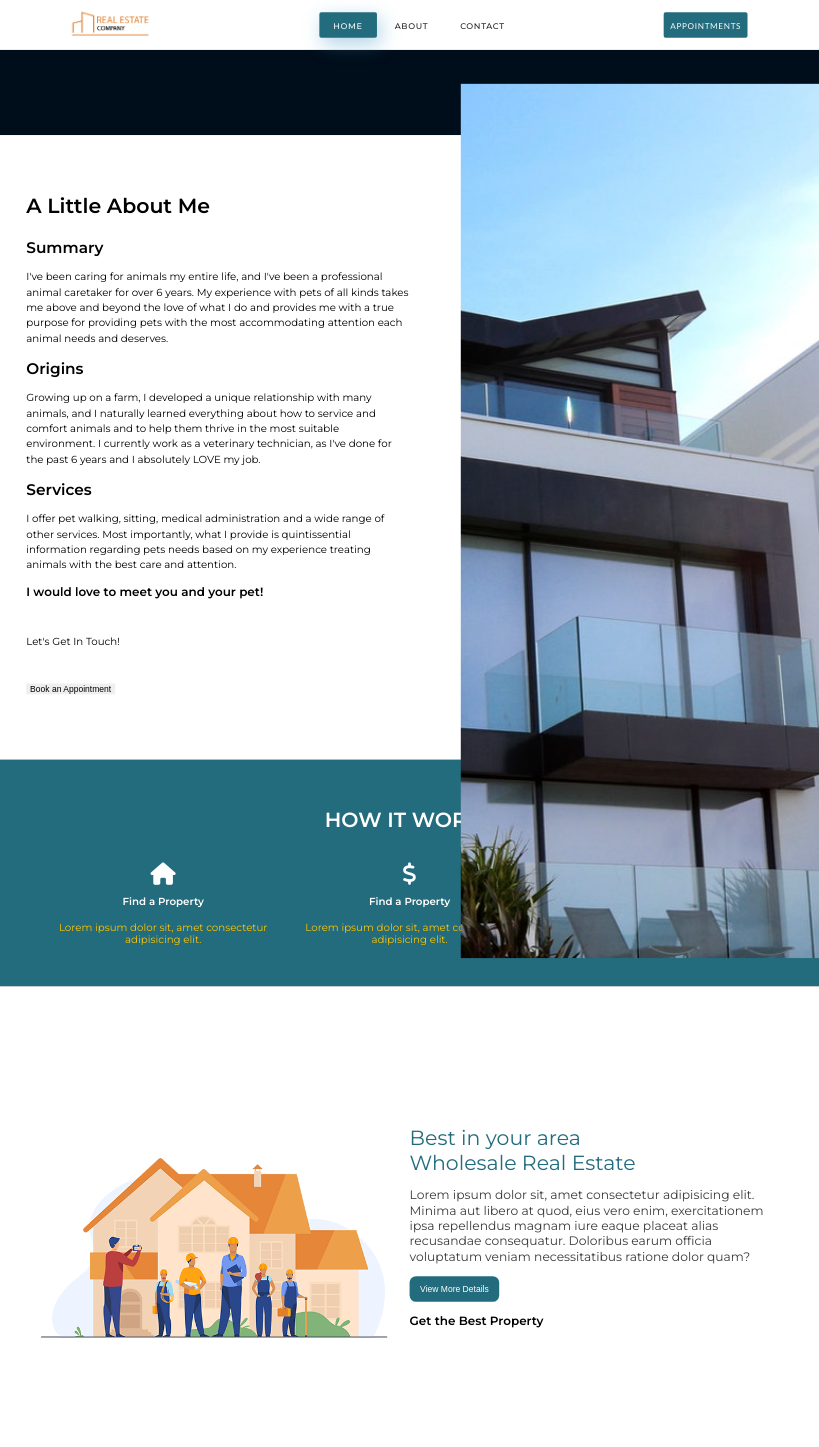
Repository: gabe126679/Mikes-site
Page: /about
These files come from the project's save history. The page is drawn as it stood at one moment and after the next save; the edit follows.
The browser window is 1280 px wide. The pictures show the whole page, at 64% of full size.
Some web libraries are served in a nearby version. The project was rebuilt for these pictures with package versions that can differ from the ones it lists, and the page was loaded fresh each time. Also part of the build but not shown: src/components/Header.jsx, src/components/Contact.jsx, src/components/Agentbox.jsx, src/components/Agent.jsx, src/components/Bproperty.jsx, src/components/Item.js, src/components/CarouselItem.jsx, src/components/Properties.jsx and 1 more.

Above is the page before, as saved 2022-04-19 14:20:55.

### public/index.html
<!DOCTYPE html>
<html lang="en">
  <head>
    <meta charset="utf-8" />
    <link rel="icon" href="%PUBLIC_URL%/favicon.ico" />
    <meta name="viewport" content="width=device-width, initial-scale=1" />
    <meta name="theme-color" content="#000000" />
    <meta
      name="description"
      content="Web site created using create-react-app"
    />
    <link rel="apple-touch-icon" href="%PUBLIC_URL%/logo192.png" />

    <link rel="manifest" href="%PUBLIC_URL%/manifest.json" />
    <script src="https://kit.fontawesome.com/95dc93da07.js"></script>
    <title>Mike's Homes</title>
  </head>
  <body>
    <noscript>You need to enable JavaScript to run this app.</noscript>
    <div id="root"></div>

  </body>
</html>

### src/index.js
import React from 'react';
import ReactDOM from 'react-dom/client';
import './index.css';
import App from './App';
// import About from './components/About';
// import {
//   BrowserRouter,
//   Routes,
//   Route,
// } from "react-router-dom";

const root = ReactDOM.createRoot(document.getElementById('root'));
root.render(
//   <BrowserRouter>
//     <Routes>
//       <Route path="/" element={<App />}>
//       <Route path="homes" element={<About />} />
//         {/* <Route path="teams" element={<Teams />}>
//             <Route path=":teamId" element={<Team />} />
//             <Route path="new" element={<NewTeamForm />} />
//             <Route index element={<LeagueStandings />} />
//         </Route> */}
//       </Route>
//     </Routes>
//   </BrowserRouter>,
<App />,

);

### src/index.css
@import url('https://fonts.googleapis.com/css2?family=Montserrat:wght@300;400;500;600&display=swap');

/***fontawesome <script src="https://kit.fontawesome.com/95dc93da07.js"></script> *********/



body{
    margin:0px;
    padding: 0px;

    background-color: #ffffff;
    font-family: 'Montserrat', sans-serif;
}
*{
    box-sizing: border-box;
}
ul{
    list-style: none;
}
a{
    text-decoration: none;
}
button{
    outline: none;
    border: none;
}
input{
    outline: none;
    border: none;
}

.logo img{
    width: 120px;
}
.header{

    width:100%;
    height:768px;
    position: relative;
    background-repeat: no-repeat;
    background-size: cover;
    background-image: url("./images/header-bg.png");
}
nav{
	display: flex;
	justify-content: space-around;
	align-items: center;
	left: 0;
	top: 0;
	width:100%;
	z-index: 1;
	background-color: #FFFFFF;
}
nav ul{
	display: flex;
}
.active{
    background-color: #236c7e;
    color:rgb(255, 255, 255);
	box-shadow: 5px 10px 30px rgba(64, 149, 198, 0.411);
	transition: all ease 0.2s;
}
nav ul li a{
	height:40px;
	line-height: 43px;
	margin: 3px;
	padding: 0px 22px;
	display: flex;
	font-size: 0.8rem;
	text-transform: uppercase;
	font-weight: 500;
	color:#242424;
    letter-spacing: 1px;
    border-radius: 3px;
    transition: 0.2s ease-in-out;
}
.property{
    font-family: calibri;
	height:40px;
	line-height: 43px;
	padding: 0px 10px;
	display: flex;
	font-size: 0.8rem;
	text-transform: uppercase;
	font-weight: 500;
	color:#ffffff;
    letter-spacing: 1px;
    border-radius: 3px;
    transition: 0.2s ease-in-out;
    background-color: #236c7e;
}
nav ul li a:hover{
	background-color: #064757;
    color:#FFFFFF;
	box-shadow: 5px 10px 30px rgba(64, 149, 198, 0.411);
	transition: all ease 0.2s;
}
nav .menu-btn,
.menu-icon{
		display:none;
	}
.intro{
	font-family: 'Montserrat';
	width: 500px;
	position: absolute;
	left: 16%;
	top: 50%;
	transform: translate(-20%,-50%);
}
.intro span{
    color: #fc9700;
}
.intro .details{
    color: #1e4f5c;
}
.intro h1{
	font-family:'Montserrat';
	font-size: 46px;
	margin:0px;
	letter-spacing: 3px;
	color:#236c7e;
}
.intro p{
    color: #064757; font-weight: 500;
}
.header-btn{
	width:110px;
	height: 40px;
	display: flex;
	justify-content: center;
    align-items: center;
    background-color: #236c7e;
    box-shadow: 5px 10px 30px rgba(2, 82, 255, 0.137);
    border-radius: 10px;
	color:#ffffff;
}
.header-btn:hover{
	background-color: #04afda;
    transition: all ease 0.5s;
    color: #ffffff;
    box-shadow: 5px 0px 30px rgba(2, 154, 255, 0.39);
}
.container {
    max-width: 1140px;
    margin: 0 auto;
    padding: 0 20px;
}

.flex {
    display: flex;
    justify-content: space-between;
}
.how-it-works {
    padding: 3rem 0;
    background: #236c7e;
    text-align: center;
}

.how-it-works h2 {
    margin-bottom: 3rem;
    font-size: 2rem;
    font-family: 'Montserrat';
    color: #ffffff;
    font-weight: 600;
    text-transform: uppercase;
}

.how-it-works .flex > div {
    width: 30%;
}

.how-it-works h4 {
    color: #ffffff;
    margin-top: 1rem;
}
.how-it-works p{
    color: rgb(255, 196, 0);
}

.how-it-works span.fas {
    color: #ffffff;
    font-size: 35px;
}
  .about{
	width:100%;
	height: 100vh;
	background-color:#ffffff;
	box-sizing: border-box;
	display: flex;
	align-items: center;
	justify-content: space-between;
	padding: 50px 5% 0px 5%;
	position: relative;
}
.about-text{
	width: 50%;
}
.about-text h2{
	font-size: 2rem;
	color:#236c7e;
	font-weight: 400;
}
.about-text h2{
	margin: 0px;
	padding: 0px;
}
.about-text p{
	font-size: 1.2rem;
	color:#3a3a3a;

}
.about-text button{
	width: 140px;
	height: 40px;
	border-radius: 10px;
	border: none;
    outline: none;
    color: #ffffff;
	background-color:#236c7e;
}
.about-text button:hover{
	background-color: #04afda;
    transition: all ease 0.3s;
    color: #ffffff;
    box-shadow: 5px 0px 30px rgba(2, 154, 255, 0.39);
}
.about-model img{
    height: 400px;
}

.agent{
    width:100%;
    height:110vh;
    box-sizing: border-box;
    font-family: calibri;
    display: flex;
    flex-direction: column;
    align-items: center;
    justify-content: center;
    padding-top: 40px ;
    background: #236c7e;
}

.a-heading h1{
    color:#ffffff;
    font-size: 3rem;
    margin: 0px;
    padding: 0px;

}
.a-heading p{
    color:rgb(238, 238, 238);
    font-size: 1rem;
    margin: 0px;
    padding: 0px;
}
.a-heading{
    text-align: center;
    margin: 20px 0px;
}
.a-box{
    background-color: #ffffff;
    width:350px;
    height: 500px;
    margin: 20px;
    border-radius: 10px;
    overflow: hidden;
    box-shadow: 2px 2px 12px rgba(0,0,0,0.1);
    position: relative;
}
.b-container{
    display: flex;
    justify-content: center;
    align-content: center;
    width: 100%;

}
.a-b-img{
    width: 100%;
    height: 70%;

}
.a-b-img img{
    width:100%;
    height: 100%;
    object-fit: contain;
}
.a-b-text{
    width: 100%;
    height: 30%;
    background-color:#ffffff;
    display:flex;
    justify-content: center;
    align-items: center;
    text-align: center;
    flex-direction: column;
}
.a-box:hover{
    transform:translateY(-10px);
    transition: all ease 0.3s;

}
.agent-btn{
	width:110px;
	height: 40px;
	display: flex;
	justify-content: center;
    align-items: center;
    background-color: #236c7e;
    box-shadow: 5px 10px 30px rgba(2, 82, 255, 0.137);
    border-radius: 10px;
	color:#ffffff;
}
.agent-btn:hover{
	background-color: #04afda;
    transition: all ease 0.5s;
    color: #ffffff;
    box-shadow: 5px 0px 30px rgba(2, 154, 255, 0.39);
}

.product{
	width: 100%;
	background-color: #FFFFFF;
	display: flex;
	height: 760px;
	flex-direction: column;
	align-items: center;
	padding:40px 20px;
	position: relative;
	border-radius: 10px;
	margin-top: 70px;
}


.p-heading{

	margin:20px;
	text-shadow: 2px 2px 10px rgba(0,0,0,0.05);
}
.p-heading h3{
	font-weight: 600;
	letter-spacing: 2px;
	text-align: center;
	font-size:2.5rem;
	color:#323543;

}
.p-heading h3 font{
	color:#303030;
}
.product-container{
	display: flex;
	justify-content: center;
	align-items: center;
	flex-wrap: wrap;
	margin: 10px 0px;
	width:100%;
}
.p-box{
	width:350px;
	height: 420px;
	display: flex;
	justify-content: center;
	align-items: center;
	flex-direction: column;
	border-radius: 12px;
	position: relative;
	margin: 20px 30px;
    background-color: rgb(255, 255, 255);
    box-shadow: 2px 2px 30px rgba(0,0,0,0.1);
}
.p-box img{
	height:150px;
}
.p-box p{
	color:#4d4d4d70;
	font-family: myriad pro;
	font-size: 0.9rem;
	letter-spacing: 0.5;
}
.price-container {
  display: flex;
  align-items: center;
  justify-content: center;
}
.price{
	color:#2c2c2c;
	font-family: poppins;
	font-size: 1rem;
  position: relative;
  bottom: 120px;
  width: 100%;
  height: 100px;
  text-align: center;
}
.container-reviews {
  display: flex;
  align-items: center;
  height: 100%;
  position: relative;
  top: -70px;
}
.buy-btn{
	position: absolute;
	width:140px;
	height: 60px;
	display: flex;
	justify-content: center;
	align-items: center;
	font-family:calibri;
	left: 50%;
	bottom: 20px;
	transform: translateX(-50%);
	border-radius: 15% 15% 15% 15% / 50% 50% 50% 50%;
	background:linear-gradient(120deg,#064757 20%,#04afda);
	color:#FFFFFF;
	display: none;
	animation: fade 0.2s;
}
.p-box:hover .buy-btn{
	display: flex;
}
.p-box:hover{
	box-shadow: 2px 2px 30px rgba(0, 0, 0, 0.233);
	background-color:#FFFFFF;
}
.p-box:hover .price{
	color:#04afda;
	transition: all ease 0.2s;
}

@keyframes fade{
	0%{
		opacity: 0;
	}
	100%{
		opacity: 1;
	}
}
.contact{
    background-color: #236c7e;
	display:flex;
	flex-direction: column;
	justify-content: center;
	align-items: center;
    margin:8px 3px;
    margin-top: 1000px;
    padding: 30px 0px;
  overflow: hidden;
}
.contact h3{
	font-size:2.5rem;
    margin:20px;
    color: #ffffff;
}
.contact-input{
	width:350px;
	height:50px;
	background-color:#FFFFFF;
	display:flex;
	justify-content: center;
	border-radius: 50px;
	box-shadow: 2px 2px 30px rgba(0,0,0,0.15);
}
.contact-input input{
	width:100%;
	background-color: transparent;
	border:none;
	outline: none;
	text-align: center;
	color:#242425;
}
.contact-input a{
	width:150px;
	height:35px;
	background-color:#236c7e;
	color:#FFFFFF;
	display: flex;
	font-size: 0.9rem;
	justify-content: center;
	align-items: center;
	margin: auto 10px;
	border-radius: 20px;
	font-weight: 500;
}

.carousel {
  font-family: sans-serif;
  display: flex;
  align-items: center;
  justify-content: center;
  height: 100vh;
  object-fit: contain;

}
.carousel-img {
  width: 100%;
  object-fit: fill;
}
@media(min-width:1285px) {
  .contact {
    margin-top: 550px;
  }
}
@media(max-width:1190px){
	.header{
        background-size: 1150px !important;
        text-align: center;
	}
	.intro{
		left: 10%;
		top: 50%;
		transform: translate(-10%,-50%);
	}
	.about-model img{
		height:400px;
    }
    .agent{
		height:auto;
    }
    .b-container{
		flex-wrap: wrap;
	}
    .a-box{
		flex-grow: 1;
	}
	.a-b-img img{
		object-fit:contain;
	}


}

@media(max-width:970px){
  .header {
    background-image: none;
  }
	.main{
		background-image: none !important;

	}
	.intro{
		left: 50%;
		top: 50%;
		transform: translate(-50%,-50%);
    }

	.about-model{
		display: none;
	}
	.about{
        text-align: center;
		justify-content: center;
		padding-top: 0px;
	}
	.about-text{
		width: 90%;
	}
	.about-text h1{
		font-size:4rem;
  }
  .product{
    width: 100%;
    background-color: #FFFFFF;
    display: flex;
    height: 760px;
    flex-direction: column;
    align-items: center;
    padding:40px 20px;
    position: relative;
    border-radius: 10px;
    margin-top: 70px;
  }


}
@media(max-width:875px){
  .carousel-item {
    display: none;
  }
}
@media(max-width:600px){
	.intro{
		width:60%;
    }}
    .scroll{
      left: 42.5%;
    }
  .header-btn{
    margin-right: 38%;
  }


    @media (max-width: 500px) {
        .how-it-works .flex {
            display: block;
        }
        .header-btn{
          margin-right: 28%;
        }
        .how-it-works .flex > div {
            width: 100%;
            margin-top: 2rem;
        }


@media(max-width:1100px){.menu-icon{
    display:block;}

        nav{
            justify-content: space-between;
            height: 65px;
            padding: 0px 30px;
            position: fixed;
        }
        .property{
            background: none;
            font-size: 13px;
            color: #000;
            padding: 0px;
        }
        .logo img{
            width:70px;
        }
        .menu{
            display:none;
            position:absolute;
            top:65px;
            left:0px;
            background-color:#FFFFFF;
            border-bottom:4px solid #064757;
            width:100%;
            padding:0px;
            margin:0px;
        }
        .menu li{
            width:100%;
        }
        nav .menu li a{
            width:100%;
            height:40px;
            justify-content: center;
            align-items: center;
            margin:0px;
            padding: 25px;
            border:1px solid rgba(38,38,38,0.03);
        }
        nav .menu-icon{
            cursor:pointer;
            float:right;
            padding:28px 20px;
            position:relative;
            user-select: none;
        }
        nav .menu-icon .nav-icon{
            background-color:#333333;
            display:block;
            height:2px;
            position:relative;
            transition: background 0.2s ease-out;
            width:20px;
        }
        nav .menu-icon .nav-icon:before,
        nav .menu-icon .nav-icon:after{
            background:#333;
            content:'';
            display:block;
            height:100%;
            position:absolute;
            transition:all ease-out 0.2s;
            width:100%;
        }
        nav .menu-icon .nav-icon:before{
            top:5px;
        }
        nav .menu-icon .nav-icon:after{
            top:-5px;
        }
        nav .menu-btn:checked ~ .menu-icon .nav-icon{
            background:transparent;
        }
        nav .menu-btn:checked ~ .menu-icon .nav-icon:before{
            transform: rotate(-45deg);
            top:0;
        }
        nav .menu-btn:checked ~ .menu-icon .nav-icon:after{
            transform: rotate(45deg);
            top:0;
        }
        nav .menu-btn{
            display:none;
        }
        nav .menu-btn:checked ~ .menu{
            display:block;
        }}
        @media(max-width:400px){
            .s-box{
                width: 100%;
                height:400px;
            }
            .header-btn{
              margin-left: 38%;
            }

        }}

### src/App.js
import React from 'react';
import Header from './components/Header'
import Howitworks from './components/Howitworks'
import About from './components/About'
import PageAbout from './components/PageAbout'
import Agent from './components/Agent'
import Properties from './components/Properties'
import Contact from './components/Contact'
import All from './components/All'
import {
  BrowserRouter,
  Routes,
  Route,
} from "react-router-dom";


function App() {
  return (
    <div className="App">
      <BrowserRouter>
        <Routes>
          <Route
            path="/"
            element={<All />}
          />
          <Route
            path="/about"
            element={<PageAbout />}
          />
          <Route
            path="/contact"
            element={<Contact />}
          />
          <Route
            path="/Howitworks"
            element={<Howitworks />}
          />
        </Routes>

          {/* <Header />
          <Howitworks />
          <About />
          <Agent />
          <Properties />
          <Contact /> */}

      </BrowserRouter>
    </div>
  );
}

export default App;

### src/components/Howitworks.jsx
import React from 'react'

function Howitworks() {
  return (
    <div className="how-it-works">
        <div className="container">
            <h2>How It Works</h2>
            <div className="flex">
                <div>
                    <span className="fas fa-home"></span>
                    <h4>Find a Property</h4>
                    <p>Lorem ipsum dolor sit, amet consectetur adipisicing elit.</p>
                </div>

                <div>
                    <span className="fas fa-dollar-sign"></span>
                    <h4>Find a Property</h4>
                    <p>Lorem ipsum dolor sit, amet consectetur adipisicing elit.</p>
                </div>

                <div>
                    <span className="fas fa-chart-line"></span>
                    <h4>Find a Property</h4>
                    <p>Lorem ipsum dolor sit, amet consectetur adipisicing elit.</p>
                </div>
            </div>
        </div>
    </div>
  )
}

export default Howitworks;

### src/components/About.jsx
import React from 'react'
import aboutimage from '../images/hero.png';
import Contact from "./Contact"

function About() {
  return (
    <div className="about">
        <div className="about-model">
          <img src={aboutimage} alt="about image"/>
        </div>
        <div className="about-text">
          <h2>Best in your area <br/>Wholesale Real Estate</h2>
          <p>Lorem ipsum dolor sit, amet consectetur adipisicing elit. Minima aut libero at quod, eius vero enim, exercitationem ipsa repellendus magnam iure eaque placeat alias recusandae consequatur. Doloribus earum officia voluptatum veniam necessitatibus ratione dolor quam?</p>
          <button>View More Details</button>
          <h3>Get the Best Property</h3>
        </div>
    </div>
  )
}

export default About

### src/components/PageAbout.jsx
import React from 'react'
import ImageOne from '../images/home-1.jpg';
import styled from 'styled-components';
import Navbar from "./Navbar"
import About from "./About"
import Howitworks from "./Howitworks"

const Section = styled.section`
  background: #000d1a;

  display: flex;
  flex-direction: column;
  justify-content: center;
`;

const Container = styled.div`
  background: #fff;
  padding: 3rem 2rem;
  position: relative;
`;

const Wrap = styled.div`
  max-width: 1200px;
  margin: 0 auto;
`;

const ColumnLeft = styled.div`
  display: flex;
  flex-wrap: wrap;
  margin: 0px -15px;
  justify-content: flex-start;
  padding: 1rem;
`;

const Content = styled.div`
  flex: 0 0 50%;

  @media screen and (max-width: 768px) {
    flex: 0 0 100%;
    max-width: 100%;
    margin-top: 250px;
  }

  h1 {
    margin-bottom: 2rem;
    font-size: 2rem;
  }

  p {
    margin-bottom: 1rem;
    line-height: 1.5;
  }
`;

const ColumnRight = styled.div`
  position: absolute;
  top: -80px;
  right: 0;
  max-width: 850px;
  height: 140%;
  width: 45%;
  padding-left: 1rem;

  @media screen and (max-width: 768px) {
    height: 320px;
    top: -65px;
    width: 80%;
    margin: 0 auto;
    left: 0;
  }
`;

const Image = styled.img`
  height: 100%;
  width: 100%;
  object-fit: cover;
`;

function PageAbout() {
  return (
    <div>
    <Section>
        <Navbar/>
        <br/>
        <br/>
        <br/>
        <br/>
        <br/>
        <br/>
        <br/>

        <Container>
            <Wrap>
            <ColumnLeft>
                <Content
                data-aos='fade-right'
                data-aos-duration='1200'
                data-aos-delay='300'
                data-aos-once='true'
                data-aos-anchor-placement='center bottom'
                className="border rounded text-center"
                >

                <h1 >A Little About Me</h1>
                <h2 >Summary</h2>
                <p>
                    I've been caring for animals my entire life, and I've been a professional animal caretaker for over 6 years. My experience with pets of all kinds takes me above and beyond the love of what I do and provides me with a true purpose for providing pets with the most accommodating attention each animal needs and deserves.
                </p>
                <h2 >Origins</h2>
                <p>
                    Growing up on a farm, I developed a unique relationship with many animals, and I naturally learned everything about how to service and comfort animals and to help them thrive in the most suitable environment. I currently work as a veterinary technician, as I've done for the past 6 years and I absolutely LOVE my job.
                </p>
                <h2 >Services</h2>
                <p>
                    I offer pet walking, sitting, medical administration and a wide range of other services. Most importantly, what I provide is quintissential information regarding pets needs based on my experience treating animals with the best care and attention.
                </p>
                <h3 >I would love to meet you and your pet!</h3>
                <br/>
                <p >Let's Get In Touch!</p>
                <br/>
                <p>

                </p>
                <div className="wide">
                    <button class="btn" to='/form' >Book an Appointment</button>
                </div>
                <br/>
                <br/>

                </Content>
            </ColumnLeft>
            <ColumnRight>
                <Image
                src={ImageOne}
                data-aos='fade-left'
                data-aos-duration='1200'
                data-aos-once='true'
                data-aos-anchor-placement='center bottom'
                />
            </ColumnRight>
            </Wrap>
        </Container>
      <Howitworks/>
      <About/>
    </Section>


    </div>
  )
}

export default PageAbout;

### src/components/Navbar.jsx
import React from 'react'
import logo from "../images/logo1.png"
import { Link } from "react-router-dom";

function Navbar() {
  return (
    <nav>
        <a href="/homes" className="logo">
            <img src={logo} alt="logo"/>
        </a>
        <input className="menu-btn" type="checkbox" id="menu-btn"/>
        <label className="menu-icon" for="menu-btn">
            <span className="nav-icon"></span>
        </label>
        <ul className="menu">
            <li><Link to="/about" className="active">Home</Link></li>
            <li><Link to="/about">About</Link></li>
            <li><Link to="/contact">Contact</Link></li>
        </ul>
        <Link to="/howitworks" className="property">Appointments</Link>
        {/* <a href="/homes" className="property"></a> */}
    </nav>
  )
}

export default Navbar

After the next save:
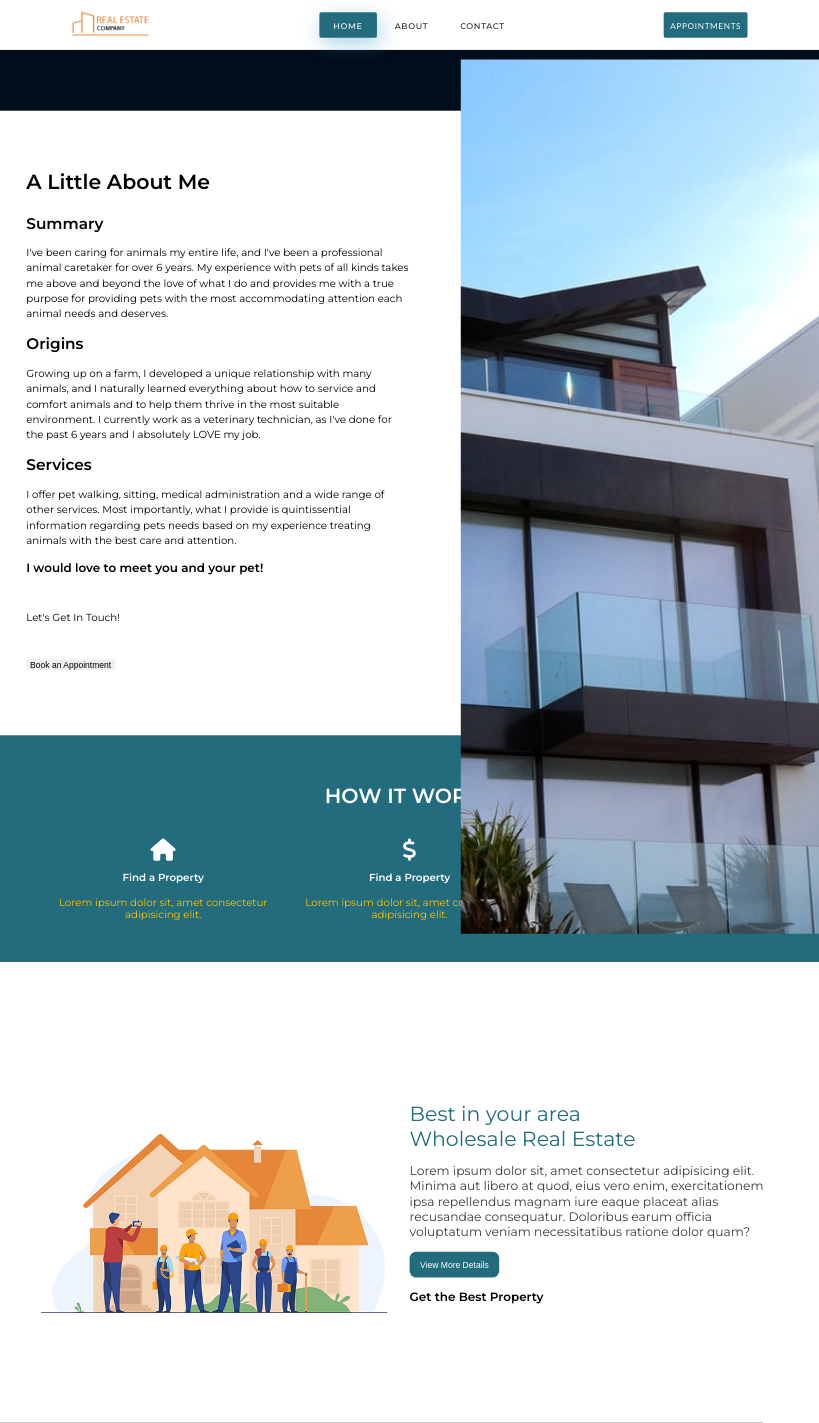
Saved 5 s later.
--- a/src/components/PageAbout.jsx
+++ b/src/components/PageAbout.jsx
@@ -86,9 +86,6 @@ function PageAbout() {
         <br/>
         <br/>
         <br/>
-        <br/>
-        <br/>
-
         <Container>
             <Wrap>
             <ColumnLeft>
